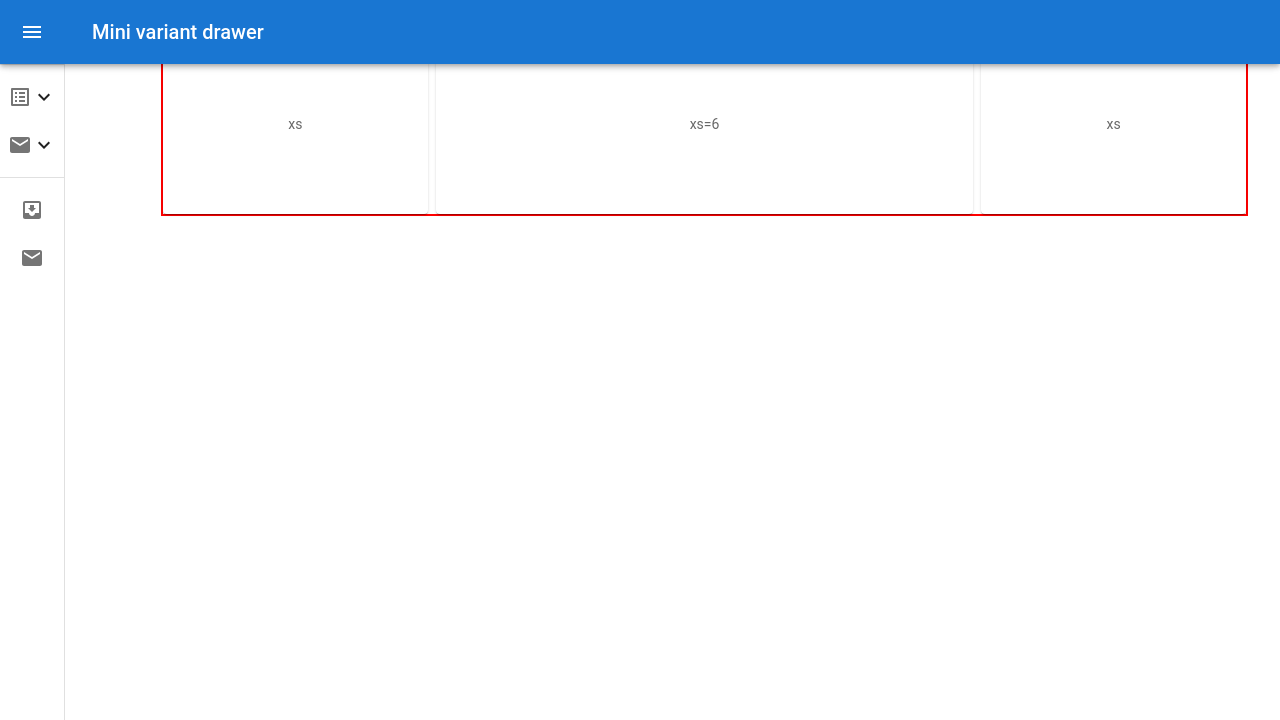
Repository: Vijay-Singh1/office-tools
Page: /createForm/Create-Form
An editor plug-in stored every save of this project. The page is shown before and after the next save, followed by the edit.
The browser window is 1280 px wide. The pictures show the whole page.
The project was rebuilt for these pictures with package versions that can differ from the ones it lists, and the page was loaded fresh each time. Also part of the build but not shown: vite.config.ts, src/FormBuilderApp/src/pages/OpenForms.tsx.

Above is the page before, as saved 2024-09-02 22:32:00.

### index.html
<!doctype html>
<html lang="en">
  <head>
    <meta charset="UTF-8" />
    <link rel="icon" type="image/svg+xml" href="/vite.svg" />
    <meta name="viewport" content="width=device-width, initial-scale=1.0" />
    <title>Office Tools</title>
  </head>
  <body>
    <div id="root"></div>
    <script type="module" src="/src/main.tsx"></script>
  </body>
</html>

### src/main.tsx
import { StrictMode } from 'react'
import { createRoot } from 'react-dom/client'
import App from './App.tsx'
import './index.css'// Import Tailwind CSS
import { ThemeProvider } from '@mui/material/styles';
import CssBaseline from '@mui/material/CssBaseline';
import theme from "./appTheme/appTheme.ts"
import AppRoutes from './routes.js';
createRoot(document.getElementById('root')!).render(
  <StrictMode>
    <ThemeProvider theme={theme}>
    <CssBaseline />
    <AppRoutes />
    </ThemeProvider>
  </StrictMode>,
)

### src/appTheme/appTheme.ts
// src/theme.ts
import { createTheme, ThemeOptions } from '@mui/material/styles';

const themeOptions: ThemeOptions = {
  palette: {
    primary: {
      main: '#1976d2',
    },
    secondary: {
      main: '#dc004e',
    },
  },
  typography: {
    fontFamily: 'Roboto, Arial, sans-serif',
    h1: {
      fontSize: '2.5rem',
      fontWeight: 500,
    },
    body1: {
      fontSize: '1rem',
    },
  },
  components: {
    MuiButton: {
      styleOverrides: {
        root: {
          textTransform: 'none',
          borderRadius: '8px',
        },
      },
    },
  },
};

const theme = createTheme(themeOptions);

export default theme;

### src/routes.tsx
import React from 'react';
import { createBrowserRouter, RouterProvider } from 'react-router-dom';

import Sidebar from './components/sidebar';
import { formBuilderRoutes } from './FormBuilderApp/src/formBuilderRoutes';
import App from './App';

// Combine routes from different modules
const router = createBrowserRouter([
  {
    path: '/',
    element: <App />,
    children: [
      ...formBuilderRoutes
      // Add other module routes here
    ],
  },
]);

const AppRoutes: React.FC = () => {
  return <RouterProvider router={router} />;
};

export default AppRoutes;

### src/FormBuilderApp/src/formBuilderRoutes.tsx
import React from 'react';
import { RouteObject } from 'react-router-dom';
import FormBuilderHome from './pages/FormBuilderHome';
import CreateForm from './pages/CreateForm';
import OpenForms from './pages/OpenForms';


export const formBuilderRoutes: RouteObject[] = [
  {
    path: 'createForm',
    element: <FormBuilderHome />,
    children: [
      {
        path: '/createForm/Create-Form',
        element: <CreateForm />,
      },
      {
        path: '/createForm/Open-Form',
        element: <OpenForms />,
      },
    ],
  },
];

### src/App.tsx
import { Outlet } from "react-router-dom";
import "./App.css";
import Sidebar from "./components/sidebar";
import { Box } from "@mui/material";

const App: React.FC = () => {

  return (
    <Box display="flex" width="100%" >
      <Box >
      <Sidebar />
      </Box>
      <Box display="flex" border = "1px solid red"flexGrow = {1} >
        <Outlet />
      </Box>
    </Box>
  );
};

export default App;

### src/FormBuilderApp/src/pages/FormBuilderHome.tsx
import { Box } from '@mui/material'
import React from 'react'
import { Outlet } from 'react-router-dom'

const FormBuilderHome = () => {
  return (
    <Box width={"100%"}>
        <Outlet />
        </Box>
  )
}

export default FormBuilderHome

### src/FormBuilderApp/src/pages/CreateForm.tsx
import { styled } from '@mui/material/styles';
import Box from '@mui/material/Box';
import Paper from '@mui/material/Paper';
import Grid from '@mui/material/Grid';
import React from 'react'



const Item = styled(Paper)(({ theme }) => ({
  backgroundColor: theme.palette.mode === 'dark' ? '#1A2027' : '#fff',
  ...theme.typography.body2,
  padding: theme.spacing(10),
  textAlign: 'center',
  color: theme.palette.text.secondary,
}));
const CreateForm : React.FC = () => {
  return (
    <Box border={"1px solid red"} flexGrow = {1} >
      <Grid container spacing={1} >
        <Grid item xs={3}>
          <Item>xs</Item>
        </Grid>
        <Grid item xs={6}>
          <Item>xs=6</Item>
        </Grid>
        <Grid item xs={3} >
          <Item>xs</Item>
        </Grid>
      </Grid>
    </Box>
  )
}

export default CreateForm

### src/components/sidebar/index.tsx
import * as React from 'react';
import { styled, useTheme, Theme, CSSObject } from '@mui/material/styles';
import Box from '@mui/material/Box';
import MuiDrawer from '@mui/material/Drawer';
import MuiAppBar, { AppBarProps as MuiAppBarProps } from '@mui/material/AppBar'; // <-- Use MuiAppBar here for clarity
import Toolbar from '@mui/material/Toolbar';
import List from '@mui/material/List';
import CssBaseline from '@mui/material/CssBaseline';
import Typography from '@mui/material/Typography';
import Divider from '@mui/material/Divider';
import IconButton from '@mui/material/IconButton';
import MenuIcon from '@mui/icons-material/Menu';
import ChevronLeftIcon from '@mui/icons-material/ChevronLeft';
import ChevronRightIcon from '@mui/icons-material/ChevronRight';
import ListItem from '@mui/material/ListItem';
import ListItemButton from '@mui/material/ListItemButton';
import ListItemIcon from '@mui/material/ListItemIcon';
import ListItemText from '@mui/material/ListItemText';
import InboxIcon from '@mui/icons-material/MoveToInbox';
import MailIcon from '@mui/icons-material/Mail';
import Collapse from '@mui/material/Collapse';
import ExpandLess from '@mui/icons-material/ExpandLess';
import ExpandMore from '@mui/icons-material/ExpandMore';
import ListAltIcon from '@mui/icons-material/ListAlt';
import {  Link } from "react-router-dom";

const drawerWidth = 240;

const openedMixin = (theme: Theme): CSSObject => ({
  width: drawerWidth,
  transition: theme.transitions.create('width', {
    easing: theme.transitions.easing.sharp,
    duration: theme.transitions.duration.enteringScreen,
  }),
  overflowX: 'hidden',
});

const closedMixin = (theme: Theme): CSSObject => ({
  transition: theme.transitions.create('width', {
    easing: theme.transitions.easing.sharp,
    duration: theme.transitions.duration.leavingScreen,
  }),
  overflowX: 'hidden',
  width: `calc(${theme.spacing(7)} + 1px)`,
  [theme.breakpoints.up('sm')]: {
    width: `calc(${theme.spacing(8)} + 1px)`,
  },
});

const DrawerHeader = styled('div')(({ theme }) => ({
  display: 'flex',
  alignItems: 'center',
  justifyContent: 'flex-end',
  padding: theme.spacing(0, 1),
  // necessary for content to be below app bar
  ...theme.mixins.toolbar,
}));

interface AppBarProps extends MuiAppBarProps {
  open?: boolean;
}

const AppBar = styled(MuiAppBar, {
  shouldForwardProp: (prop) => prop !== 'open',
})<AppBarProps>(({ theme }) => ({
  zIndex: theme.zIndex.drawer + 1,
  transition: theme.transitions.create(['width', 'margin'], {
    easing: theme.transitions.easing.sharp,
    duration: theme.transitions.duration.leavingScreen,
  }),
  variants: [
    {
      props: ({ open }) => open,
      style: {
        marginLeft: drawerWidth,
        width: `calc(100% - ${drawerWidth}px)`,
        transition: theme.transitions.create(['width', 'margin'], {
          easing: theme.transitions.easing.sharp,
          duration: theme.transitions.duration.enteringScreen,
        }),
      },
    },
  ],
}));

const Drawer = styled(MuiDrawer, { shouldForwardProp: (prop) => prop !== 'open' })(
  ({ theme }) => ({
    width: drawerWidth,
    flexShrink: 0,
    whiteSpace: 'nowrap',
    boxSizing: 'border-box',
    variants: [
      {
        props: ({ open }) => open,
        style: {
          ...openedMixin(theme),
          '& .MuiDrawer-paper': openedMixin(theme),
        },
      },
      {
        props: ({ open }) => !open,
        style: {
          ...closedMixin(theme),
          '& .MuiDrawer-paper': closedMixin(theme),
        },
      },
    ],
  }),
);

const Sidebar: React.FC = () => {
  const theme = useTheme();
  const [open, setOpen] = React.useState(false);
  const [nestedOpen, setNestedOpen] = React.useState({ 0: false, 1: false });

  const handleDrawerOpen = () => {
    setOpen(true);
  };

  const handleDrawerClose = () => {
    setOpen(false);
  };

  const handleNestedClick = (index: number) => {
    setNestedOpen((prev) => ({ ...prev, [index]: !prev[index] }));
  };
  const handleClick = (element: string) => {
    if(element === "Create Form"){
      console.log(element)
    }
  };

  return (
    <Box sx={{ display: 'flex' }}>
      <CssBaseline />
      <AppBar position="fixed" open={open}>
        <Toolbar>
          <IconButton
            color="inherit"
            aria-label="open drawer"
            onClick={handleDrawerOpen}
            edge="start"
            sx={[
              { marginRight: 5 },
              open && { display: 'none' },
            ]}
          >
            <MenuIcon />
          </IconButton>
          <Typography variant="h6" noWrap component="div">
            Mini variant drawer
          </Typography>
        </Toolbar>
      </AppBar>
      <Drawer variant="permanent" open={open}>
        <DrawerHeader>
          <IconButton onClick={handleDrawerClose}>
            {theme.direction === 'rtl' ? <ChevronRightIcon /> : <ChevronLeftIcon />}
          </IconButton>
        </DrawerHeader>
        <Divider />
        <List>
          {['Form Builder', 'Image Editor'].map((text, index) => (
            <>
              <ListItem key={index} disablePadding sx={{ display: 'block' }}>
                <ListItemButton
                  onClick={() => handleNestedClick(index)}
                  sx={[
                    { minHeight: 48, px: 2.5 },
                    open ? { justifyContent: 'initial' } : { justifyContent: 'center' },
                  ]}
                >
                  <ListItemIcon
                    sx={[
                      { minWidth: 0, justifyContent: 'center' },
                      open ? { mr: 3 } : { mr: 'auto' },
                    ]}
                  >
                    {index % 2 === 0 ? <ListAltIcon /> : <MailIcon />}
                  </ListItemIcon>
                  <ListItemText
                    primary={text}
                    sx={[open ? { opacity: 1 } : { opacity: 0 }]}
                  />
                  {nestedOpen[index] ? <ExpandLess /> : <ExpandMore />}
                </ListItemButton>
              </ListItem>
              <Collapse in={nestedOpen[index]} timeout="auto" unmountOnExit>
                <List component="div" disablePadding>
                  {['Create Form', 'Open Form'].map((subtext, idx) => (
                    <Link to ={`/createForm/${subtext.split(" ")[0]}-${subtext.split(" ")[1]}`}>
                    <ListItemButton key={idx} sx={{ pl: 4 }} >
                      <ListItemIcon>
                      <ListAltIcon/>
                      </ListItemIcon>
                      <ListItemText primary={subtext} />
                    </ListItemButton>
                    </Link>
                  ))}
                </List>
              </Collapse>
            </>
          ))}
        </List>
        <Divider />
        {/* Other Items */}
        <List>
          {['Docs Creator', 'SpreadSheet'].map((text, index) => (
            <ListItem key={index} disablePadding sx={{ display: 'block' }}>
              <ListItemButton
                sx={[
                  { minHeight: 48, px: 2.5 },
                  open ? { justifyContent: 'initial' } : { justifyContent: 'center' },
                ]}
              >
                <ListItemIcon
                  sx={[
                    { minWidth: 0, justifyContent: 'center' },
                    open ? { mr: 3 } : { mr: 'auto' },
                  ]}
                >
                  {index % 2 === 0 ? <InboxIcon /> : <MailIcon />}
                </ListItemIcon>
                <ListItemText
                  primary={text}
                  sx={[open ? { opacity: 1 } : { opacity: 0 }]}
                />
              </ListItemButton>
            </ListItem>
          ))}
        </List>
      </Drawer>
      <Box component="main" sx={{ flexGrow: 1, p: 3 }}>
        <DrawerHeader />
        {/* Your Main Content Here */}
      </Box>
    </Box>
  );
};

export default Sidebar;

Loaded but not shown: src/index.css (common file); src/App.css (common file)

After the next save:
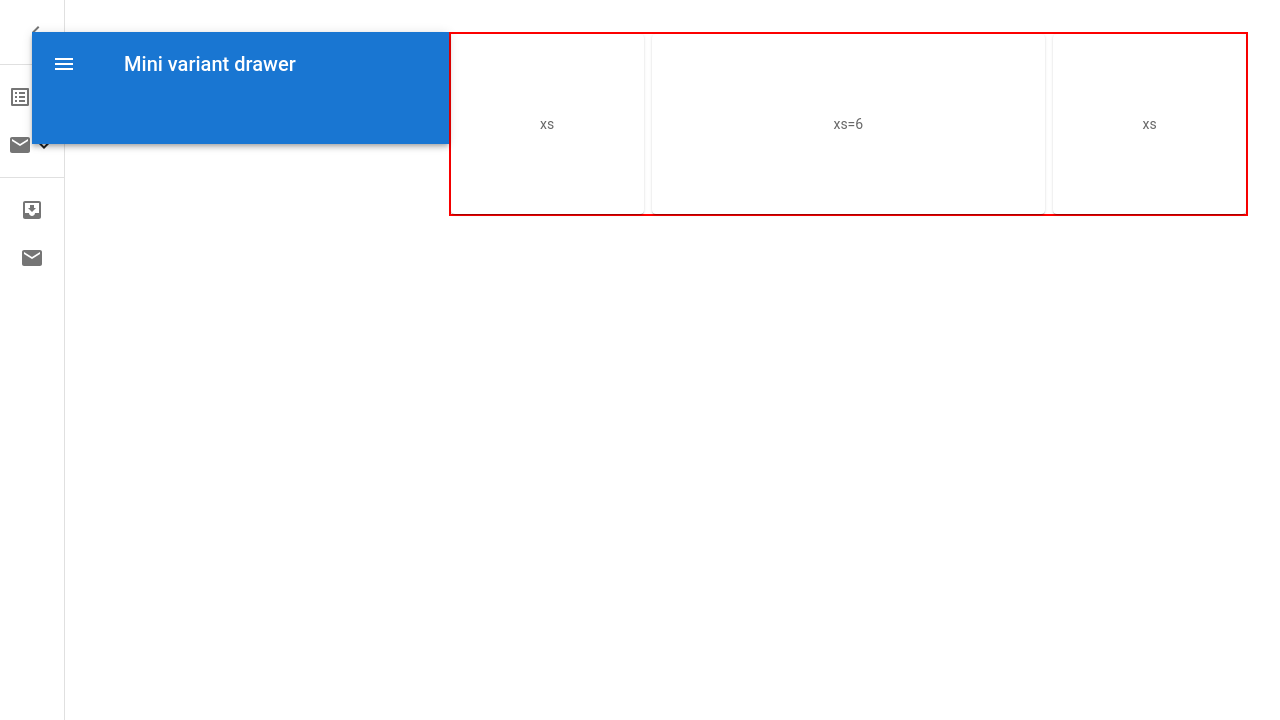
Saved 22 h 4 min later.
--- a/src/components/sidebar/index.tsx
+++ b/src/components/sidebar/index.tsx
@@ -133,7 +133,7 @@ const Sidebar: React.FC = () => {
   return (
     <Box sx={{ display: 'flex' }}>
       <CssBaseline />
-      <AppBar position="fixed" open={open}>
+      <AppBar position="static" open={open}>
         <Toolbar>
           <IconButton
             color="inherit"
